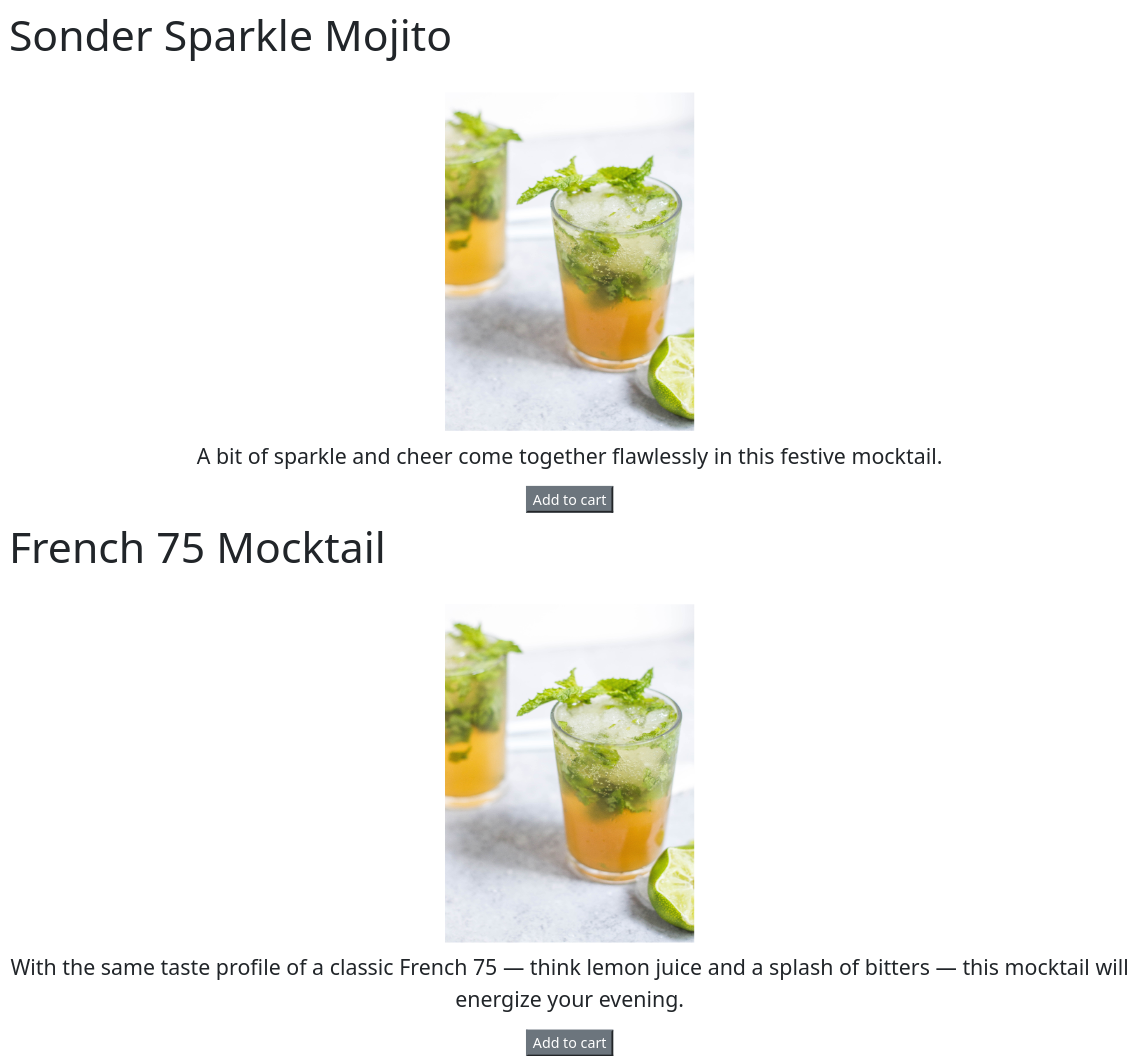
Repository: Flatbook/sliced_bread
Page: http://localhost/
These files come from the project's save history. The page is drawn as it stood at one moment and after the next save; the edit follows.
The browser window is 1280 px wide. The pictures show the whole page, at 89% of full size.
Some web libraries are served in a nearby version. The page is served by the project's application, run on Flask 3 (app.py).

Above is the page before, as saved 2021-05-16 19:41:37.

After the next save:
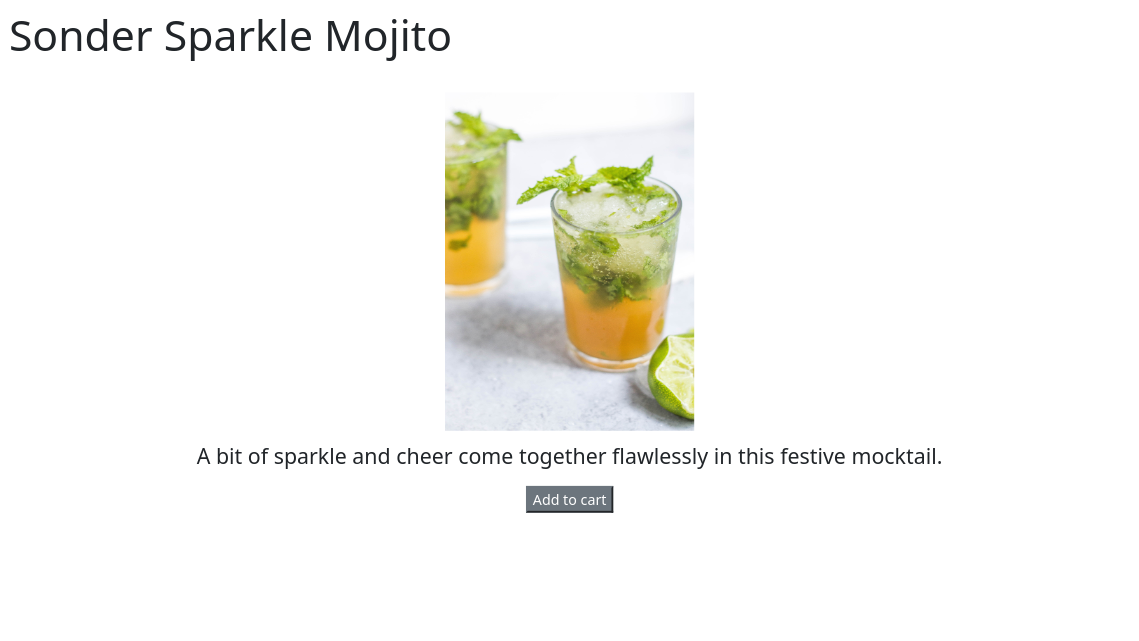
Saved 42 min 55 s later.
--- a/flask_project/app.py
+++ b/flask_project/app.py
@@ -13,10 +13,6 @@ drinks =[{
     'title' : 'Sonder Sparkle Mojito',
     'description': 'A bit of sparkle and cheer come together flawlessly in this festive mocktail.'
 
-},
-{
-    'title': 'French 75 Mocktail',
-    'description': 'With the same taste profile of a classic French 75 — think lemon juice and a splash of bitters — this mocktail will energize your evening.'
 }
 ]
 
